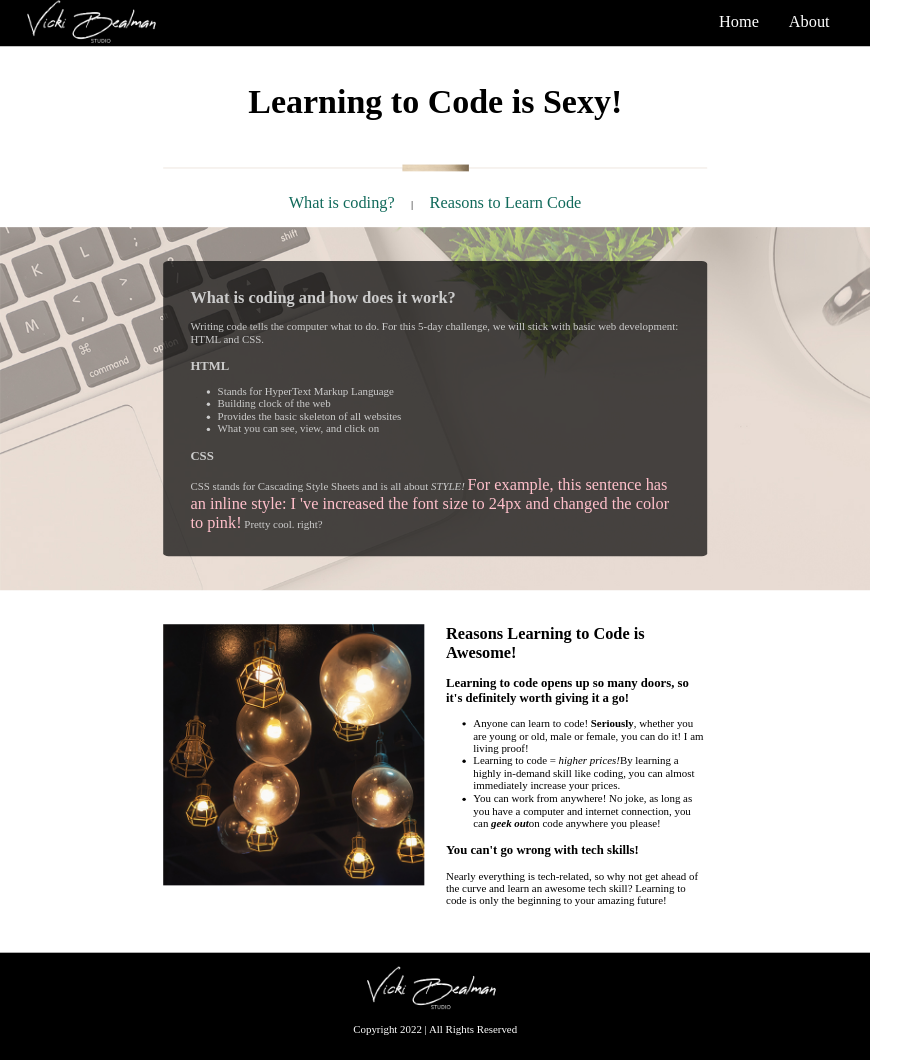
Repository: DrVicki/master
Page: index.html
An editor plug-in stored every save of this project. The page is shown before and after the next save, followed by the edit.
The browser window is 1280 px wide. The page is 1280 px wide, then 1348 px, so the pictures cover 1348 px, including what lies to the right of the window. The pictures show the whole page, at 68% of full size.

Above is the page before, as saved 2022-06-13 08:29:25.

### index.html
<!DOCTYPE html>
<html>

<head>
    <meta charset="UTF-8" />
    <title>Vicki's 5 Day Challenge</title>
    <link href="https://fonts.googleapis.com/css2?family=Fira+Code:wght@300;400&family=Source+Code+Pro:wght@200&display=swap" rel="stylesheet">
    <link rel="preconnect" href="https://fonts.googleapis.com">
    <link rel="preconnect" href="https://fonts.gstatic.com" crossorigin>
    <link href="https://fonts.googleapis.com/css2?family=Source+Code+Pro:wght@500&display=swap" rel="stylesheet">

    <link href="styles/style.css" rel="stylesheet" type="text/css" />
    <link href="styles/normalize.css" rel="stylesheet" type="text/css" />
</head>

<body>
    <header>
        <nav>
            <div class="logo">
                <a href="https://www.vickibealmanstudio.org/" target="_blank">
                    <img src="images/vbstudiologo-w.png" alt="Vicki Bealman Studio Logo" /> </a>
            </div>
            <div id="navigation">
                <a href=" index.html ">Home</a>
                <a href="about.html ">About</a>
            </div>
        </nav>
    </header>

    <div id="section-one">
        <div class="wrap">
            <h1>Learning to Code is Sexy!</strong>
            </h1>
            <img src="/Users/vickibealman/Desktop/Master/images/DividerGold.png " alt="Divider " />

            <nav>
                <a href="#section-two">What is coding?</a> |
                <a href="#section-three">Reasons to Learn Code</a>
            </nav>
        </div>
    </div>

    <div id="section-two">
        <div class="wrap">
            <h2>What is coding and how does it work?</h2>

            <p>Writing code tells the computer what to do. For this 5-day challenge, we will stick with basic web development: HTML and CSS.
            </p>

            <h3>HTML</h3>
            <ul>
                <li>Stands for HyperText Markup Language</li>
                <li>Building clock of the web</li>
                <li>Provides the basic skeleton of all websites</li>
                <li>What you can see, view, and click on</li>
            </ul>
            <h3>CSS</h3>
            <p>CSS stands for Cascading Style Sheets and is all about
                <em>STYLE!</em>
                <span style="color: pink; font-size: 24px;"> For example, this sentence has an inline style: I 've increased the font size to 24px and changed the color to pink!</span> Pretty cool. right?</p>
        </div>
    </div>

    <div id="section-three">
        <div class="wrap ">
            <div id="img">
                <img src="images/GoldBalls.jpg " alt="Gold Balls " />
            </div>
            <div id="text">
                <h2>Reasons Learning to Code is Awesome!</h2>
                <h3>Learning to code opens up so many doors, so it's definitely worth giving it a go!</h3>
                <ul>
                    <li>Anyone can learn to code!
                        <strong>Seriously</strong>, whether you are young or old, male or female, you can do it! I am living proof!</li>
                    <li>Learning to code = <em>higher prices!</em>By learning a highly in-demand skill like coding, you can almost immediately increase your prices.</li>
                    <li>You can work from anywhere! No joke, as long as you have a computer and internet connection, you can
                        <strong><em>geek out</em></strong>on code anywhere you please!</li>
                </ul>
                <h3>You can't go wrong with tech skills!</h3>
                <p>Nearly everything is tech-related, so why not get ahead of the curve and learn an awesome tech skill? Learning to code is only the beginning to your amazing future!</p>
            </div>
        </div>
    </div>

    <footer>
        <div class="logo footer">
            <a href="https://www.vickibealmanstudio.org/ " target="_blank ">
                <img src="images/vbstudiologo-w.png " alt="Logo " /></a>
            <p>Copyright 2022 | All Rights Reserved</p>
        </div>
    </footer>
</body>

</html>

### styles/style.css
            h1,
            h2,
            h3,
            h4,
            h5,
            h6 {
                font-family: 'oswald';
            }

            header {
                background: black;
            }

            .logo img {
                width: 200px;
            }

            .logo {
                float: left;
            }

            nav {
                max-width: 1200px;
                margin: 0 auto;
                overflow: auto;
                pad: 20px;
            }

            #navigation {
                float: right;
                margin-top: 18px;
            }

            #navigation a {
                font-family: 'oswald';
                color: white;
                text-decoration: none;
                padding: 20px;
                font-size: 24px;
            }

            #navigation a:hover {
                color: #d4c2a9;
            }

            .wrap {
                width: 800px;
                padding: 20px;
                margin: 0 auto;
            }

            #section-one {
                text-align: center;
            }

            #section-one img {
                width: 800px;
                padding: 30px 0;
            }

            #section-one nav a {
                font-family: 'oswald';
                text-decoration: none;
                color: #116a5b;
                padding: 20px;
                font-size: 24px;
            }

            #section-one nav a:hover {
                color: #d4c2a9;
            }

            #section-one h1 {
                font-size: 50px;
            }

            #section-two {
                background: url('../images/ComputerBackground.jpg') no-repeat;
                padding: 50px;
            }

            #section-two .wrap {
                background: rgba(0, 0, 0, 0.7);
                border-radius: 1%;
                color: #ccc;
                padding: 20px 40px;
                width: 720px;
            }

            #section-two .wrap a {
                color: white;
                text-decoration: none;
            }

            #section-three {
                padding: 30px;
            }

            #section-three .wrap {
                overflow: auto;
            }

            #section-three .wrap #img {
                width: 48%;
                float: left;
                padding-right: 4%;
            }

            #section-three .wrap #img img {
                width: 100%;
            }

            #section-three .wrap #text {
                width: 48%;
                float: left;
            }

            #section-three h2 {
                margin-top: 0;
            }

            footer {
                background: black;
                text-align: center;
                padding: 20px;
                color: #fff;
            }

            .logo.footer {
                float: none;
            }

            #about-section-two {
                background: url('../images/ComputerBackground.jpg') no-repeat;
                padding: 30px;
            }

            #about-section-two .wrap {
                overflow: hidden;
            }

            #about-section-two .wrap #img {
                width: 48%;
                float: left;
                padding-right: 4%;
            }

            #about-section-two .wrap #img img {
                width: 90%;
            }

            #about-section-two .wrap #text {
                width: 48%;
                float: left;
            }

            #about-section-two h2 {
                margin-top: 0;
            }

            #about-navigation {
                float: right;
                margin-top: 18px;
            }

            #header-about {
                background-color: black;
            }

Loaded but not shown: styles/normalize.css (library)

After the next save:
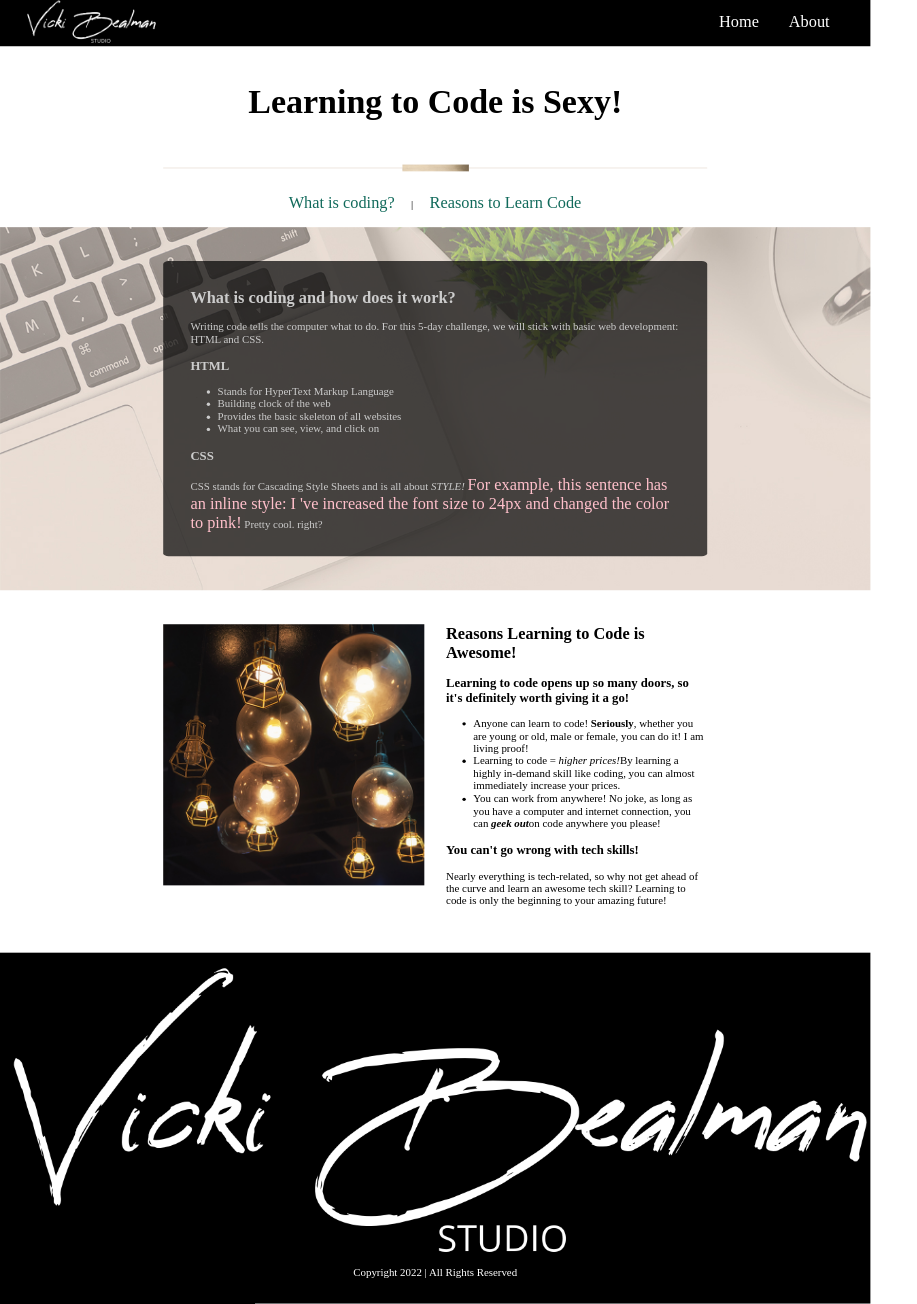
Saved 3 min 46 s later.
--- a/index.html
+++ b/index.html
@@ -83,11 +83,9 @@
     </div>
 
     <footer>
-        <div class="logo footer">
-            <a href="https://www.vickibealmanstudio.org/ " target="_blank ">
-                <img src="images/vbstudiologo-w.png " alt="Logo " /></a>
-            <p>Copyright 2022 | All Rights Reserved</p>
-        </div>
+        <a href="https://geekpack.cpm">
+            <img src="images/vbstudiologo-w.png" alt="VBS Logo" /></a>
+        <p>Copyright 2022 | All Rights Reserved</p>
     </footer>
 </body>
 
